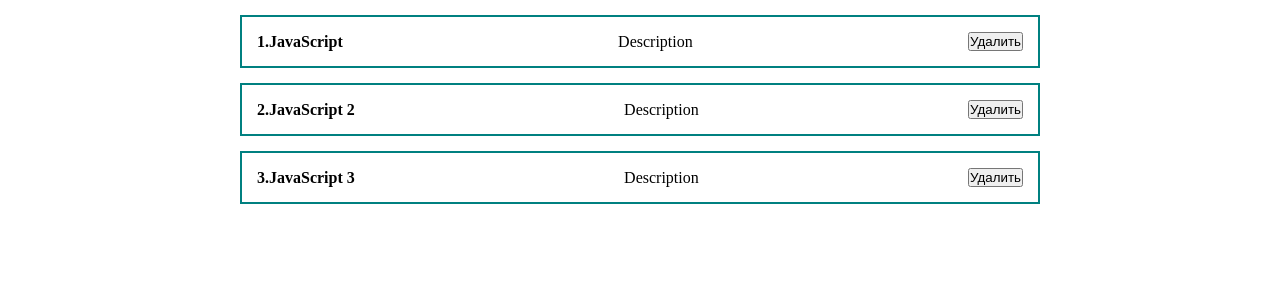
Repository: otvertka/ulb2_react
Page: / (app in jk_project/)
The author's editor kept a copy of each file at every save. The page is drawn from the files as they stood at one save, then again after the next save.
The browser window is 1280 px wide. The pictures show the whole page.
The project was rebuilt for these pictures with package versions that can differ from the ones it lists, and the page was loaded fresh each time. Also part of the build but not shown: jk_project/src/component/Counter.jsx, jk_project/src/component/ClassCounter.jsx.

Above is the page before, as saved 2023-09-08 11:29:56.

### jk_project/public/index.html
<!DOCTYPE html>
<html lang="en">
  <head>
    <meta charset="utf-8" />

    <meta name="viewport" content="width=device-width, initial-scale=1" />

    <title>React App</title>
  </head>
  <body>
    <noscript>You need to enable JavaScript to run this app.</noscript>
    <div id="root"></div>
    <!-- Здесь будет приложение JS -->
  </body>
</html>

### jk_project/src/App.js
import React, { useState } from "react";
import Counter from "./component/Counter";
import ClassCounter from "./component/ClassCounter";
import classes from "./styles/App.css";
import PostItem from "./component/PostItem";

function App() {
  const [posts, setPosts] = useState([
    { id: 1, title: "JavaScript", body: "Description" },
    { id: 2, title: "JavaScript 2", body: "Description" },
    { id: 3, title: "JavaScript 3", body: "Description" },
  ]);

  return (
    <div className="App">
      {posts.map((post) => (
        <PostItem post={post} key={post.id} />
      ))}
    </div>
  );
}

export default App;

### jk_project/src/styles/app.css
* {
  margin: 0;
  padding: 0;
  box-sizing: border-box;
}

#root {
  display: flex;
  justify-content: center;
}

.App {
  width: 800px;
}

.post {
  display: flex;
  padding: 15px;
  border: 2px solid teal;
  margin-top: 15px;
  justify-content: space-between;
  align-items: center;
}

### jk_project/src/component/PostItem.jsx
import React from "react";

const PostItem = (props) => {
  console.log(props);
  return (
    <div>
      <div className="post">
        <div className="post__content">
          <strong>
            {props.post.id}.{props.post.title}
          </strong>
        </div>
        <div>{props.post.body}</div>
        <div className="post__btns">
          <button>Удалить</button>
        </div>
      </div>
    </div>
  );
};

export default PostItem;

Loaded but not shown: jk_project/src/index.js (common file)

After the next save:
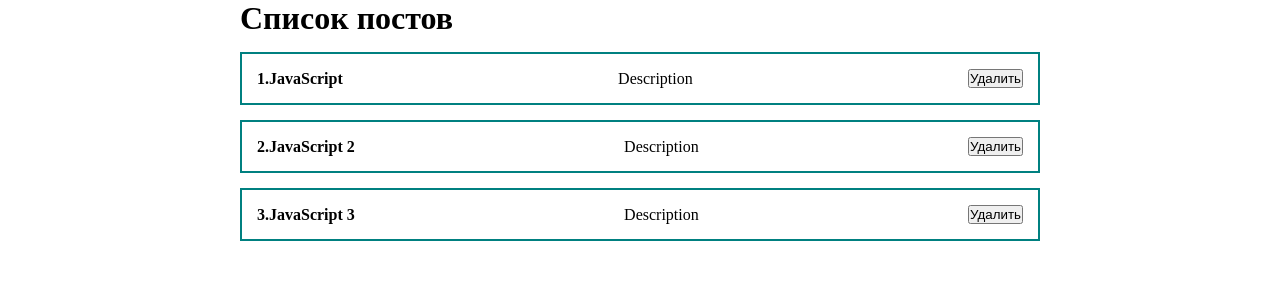
Saved 72 s later.
--- a/jk_project/src/App.js
+++ b/jk_project/src/App.js
@@ -13,6 +13,7 @@ function App() {
 
   return (
     <div className="App">
+      <h1>Список постов</h1>
       {posts.map((post) => (
         <PostItem post={post} key={post.id} />
       ))}
